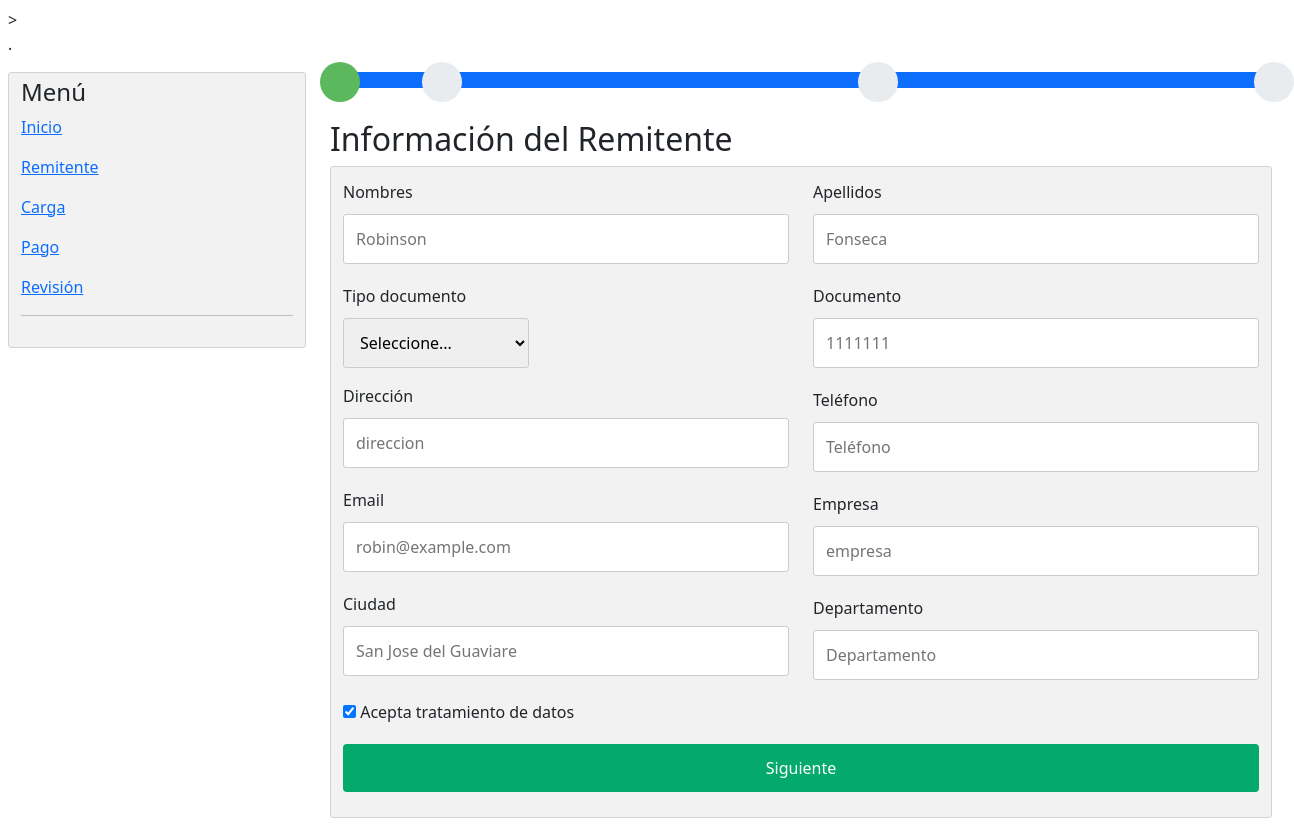
Repository: SennovaFluvial/Trasnfluvial
Page: appFluvial/templates/card1.html
These files come from the project's save history. The page is drawn as it stood at one moment and after the next save; the edit follows.
The browser window is 1280 px wide. The page is 1294 px wide, so the pictures cover 1294 px, including what lies to the right of the window. The pictures show the whole page.
The template is drawn by Django 3.2. The application's start-up code is not run. The template is opened directly, without the code that normally fills it, so the values that code supplies are empty.

Above is the page before, as saved 2023-10-18 22:44:46.

After the next save:
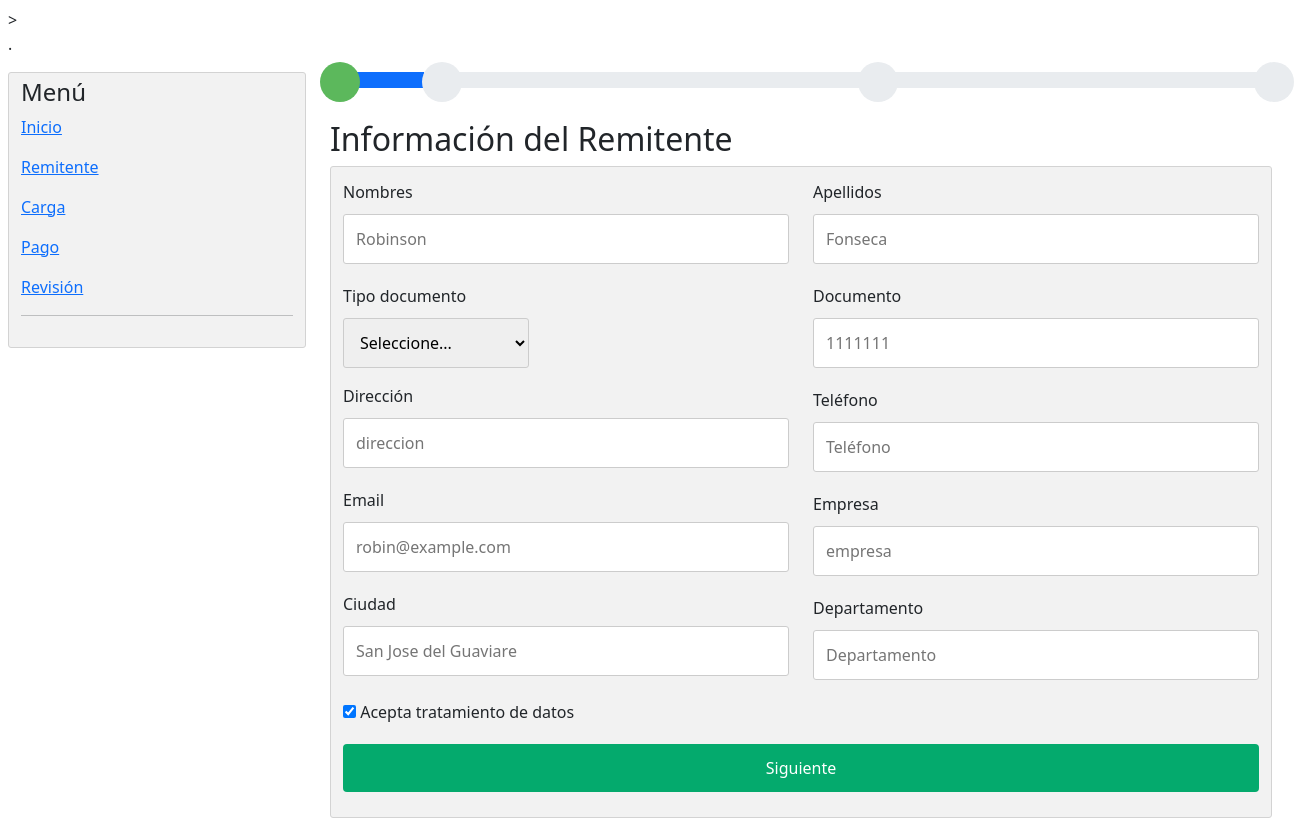
Saved 9 s later.
--- a/appFluvial/templates/card1.html
+++ b/appFluvial/templates/card1.html
@@ -193,7 +193,7 @@ span.price {
             <div class="two no-color"></div>
             <div class="three no-color"></div>
             <div class="four no-color"></div>
-            <div class="progress-bar progress-bar-success success-color" style="width: 100%"></div>
+            <div class="progress-bar progress-bar-success success-color" style="width: 10%"></div>
         </div>
 
       </div>
